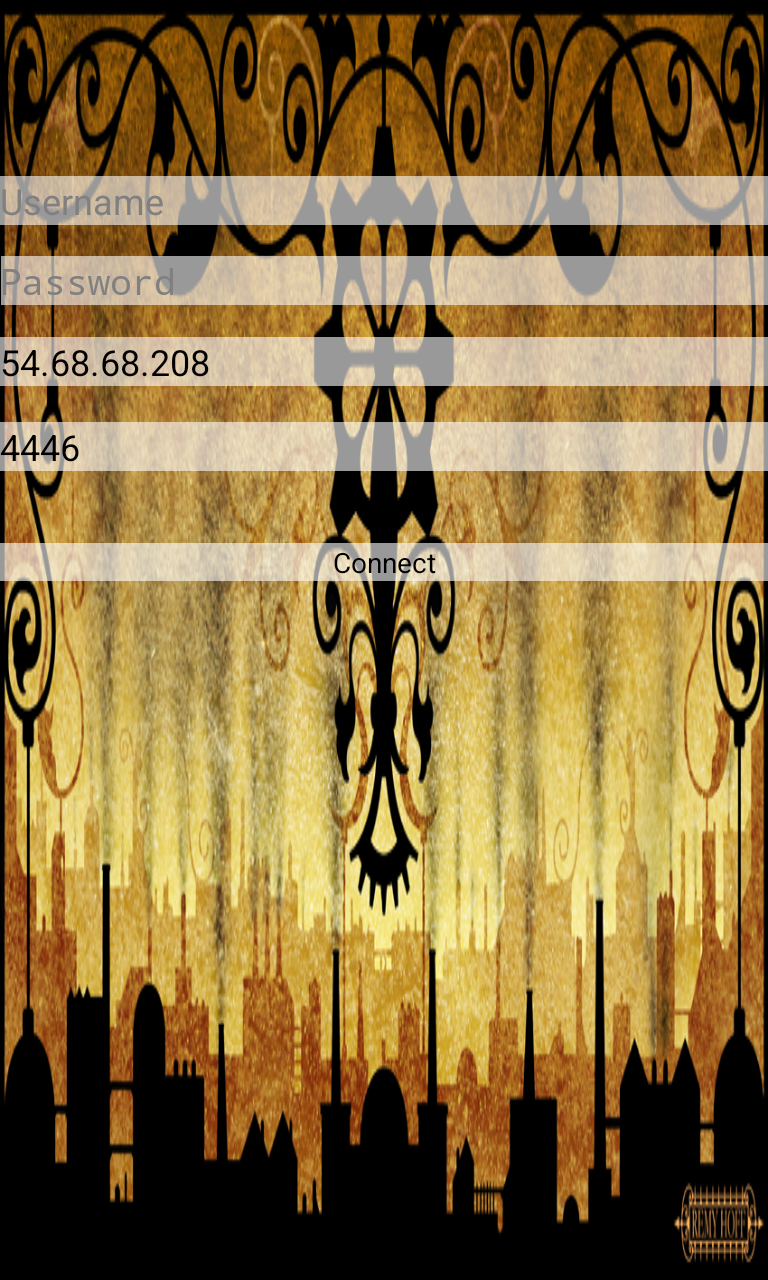
Repository: jkrepps/CSCE-482
Layout: Mobile Client (eclipse)/Industry of Deciet/res/layout/mains.xml
The author's editor kept a copy of each file at every save. The layout is drawn from the files as they stood at one save, then again after the next save.
It is drawn on a 768 x 1280 px phone screen (xhdpi) without system bars, with theme AppTheme; the app's code is not run.

Above is the layout before, as saved 2014-12-03 10:31:27.

After the next save:
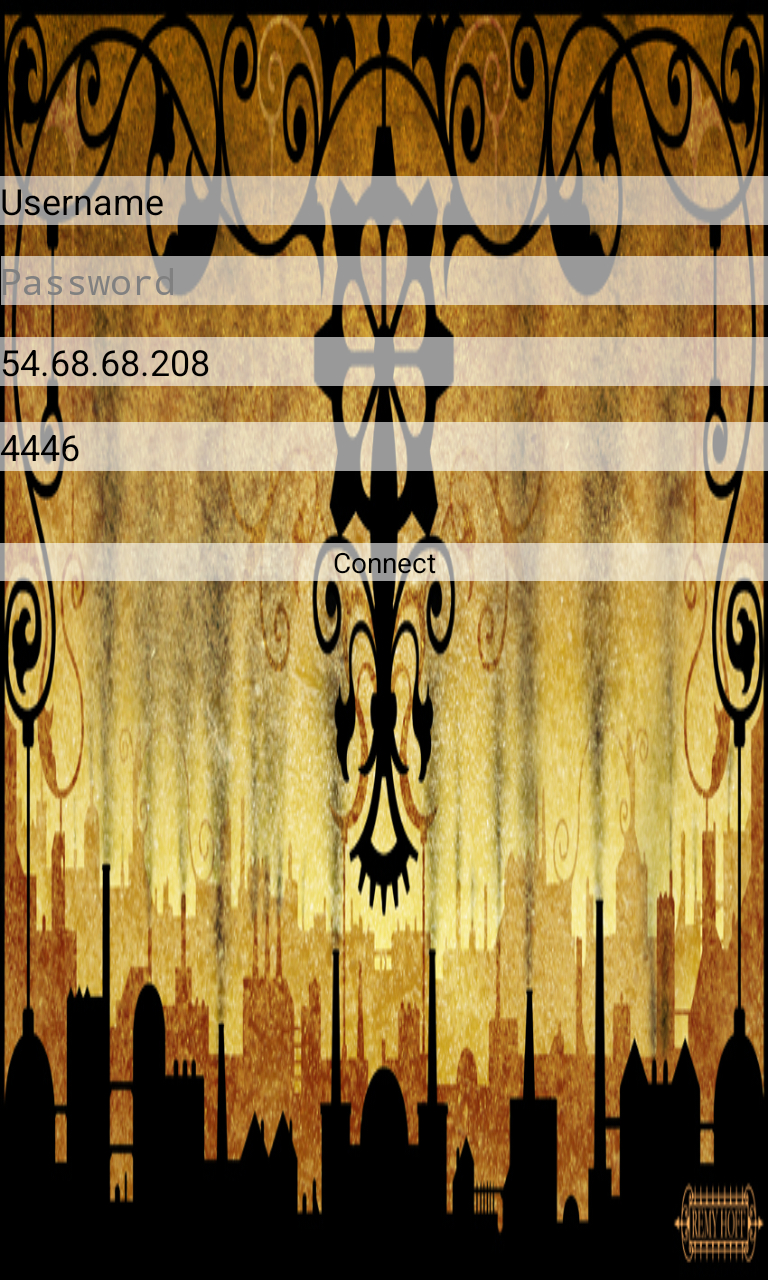
Saved 2 min 24 s later.
--- a/Mobile Client (eclipse)/Industry of Deciet/res/layout/mains.xml
+++ b/Mobile Client (eclipse)/Industry of Deciet/res/layout/mains.xml
@@ -49,20 +49,6 @@
             android:text="@string/Port" />
 
         <EditText
-            android:id="@+id/editText1"
-            style="@drawable/roundededittext"
-            android:layout_width="match_parent"
-            android:layout_height="wrap_content"
-            android:layout_alignBottom="@+id/editText2"
-            android:layout_alignParentLeft="true"
-            android:layout_marginBottom="40dp"
-            android:background="#99FFFFFF"
-            android:ems="5"
-            android:hint="Username"
-            android:inputType="textPersonName"
-            android:textColor="#FF000000" />
-
-        <EditText
             android:id="@+id/editText2"
             android:layout_width="match_parent"
             android:layout_height="wrap_content"
@@ -89,6 +75,22 @@
             android:text="@string/button_main_menu"
             android:textColor="#FF000000" />
 
+        <EditText
+            android:id="@+id/editText1"
+            style="@drawable/roundededittext"
+            android:layout_width="match_parent"
+            android:layout_height="wrap_content"
+            android:layout_alignBottom="@+id/editText2"
+            android:layout_alignParentLeft="true"
+            android:layout_marginBottom="40dp"
+            android:background="#99FFFFFF"
+            android:ems="10"
+            android:inputType="textPersonName"
+            android:selectAllOnFocus="true"
+            android:text="Username"
+            android:textColor="#FF000000"
+            android:width="2dp" />
+
     </RelativeLayout>
 
 </FrameLayout>
